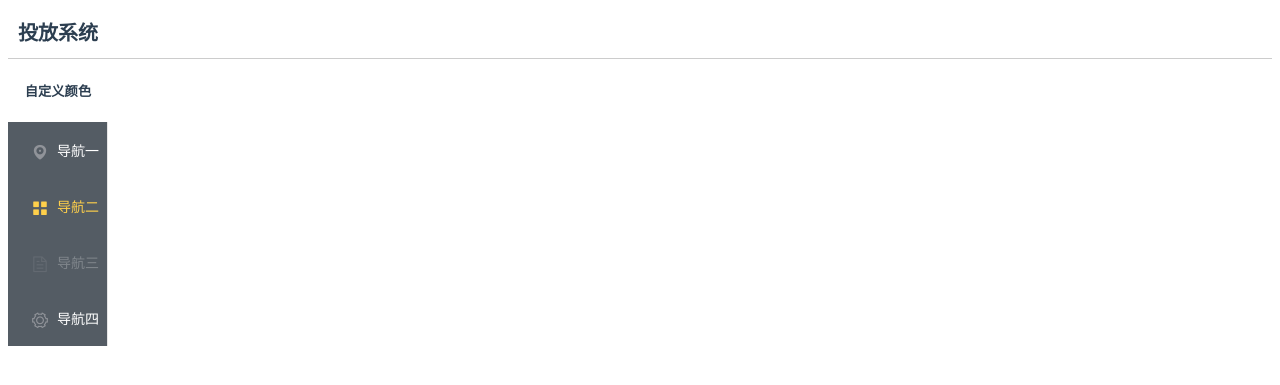
Repository: li1195382526/buy
Page: /
The author's editor kept a copy of each file at every save. The page is drawn from the files as they stood at one save, then again after the next save.
The browser window is 1280 px wide. The pictures show the whole page.
The project was rebuilt for these pictures with package versions that can differ from the ones it lists, and the page was loaded fresh each time. Also part of the build but not shown: src/components/HelloWorld.vue.

Above is the page before, as saved 2021-06-04 16:58:49.

After the next save:
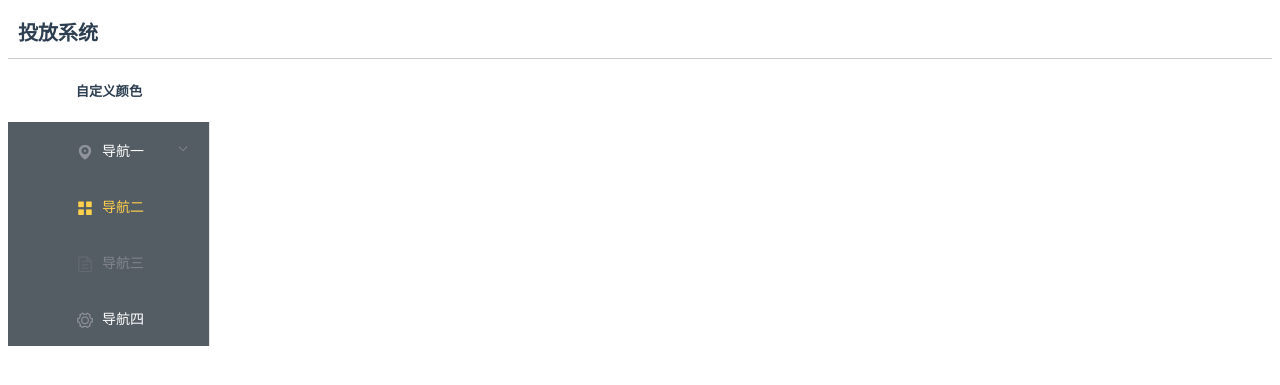
Saved 72 s later.
--- a/src/page/meun/index.vue
+++ b/src/page/meun/index.vue
@@ -61,6 +61,6 @@
 </script>
 <style scoped lang="less">
 .meun{
-    width: 200px;
+    width: 404px;
 }
 </style>
